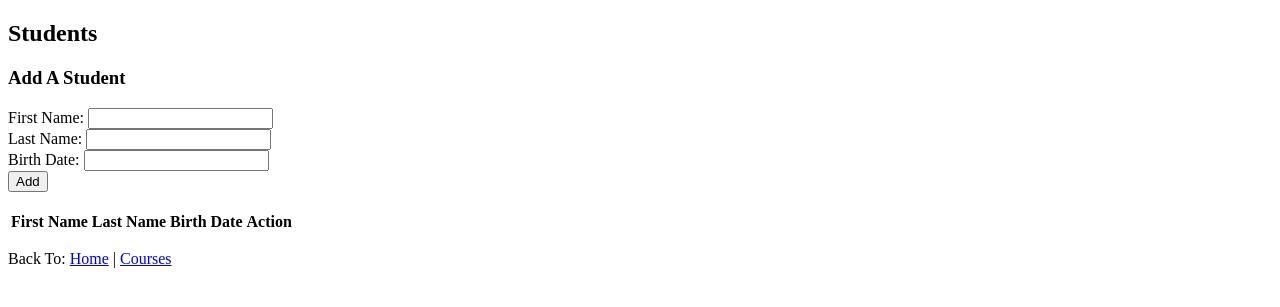
Repository: pjberry/course-tracking-initial
Page: http://localhost/course-tracking/studentList.jsp
An editor plug-in stored every save of this project. The page is shown before and after the next save, followed by the edit.
The browser window is 1280 px wide. The pictures show the whole page.
The page is served by Tomcat 9. Other server files are loaded and not shown. The template is opened directly, without the code that normally fills it, so the values that code supplies are empty.

Above is the page before, as saved 2014-09-09 05:08:14.

### course-tracking/WebContent/studentList.jsp
<%@ page language="java" pageEncoding="UTF-8" session="false"%>
<!DOCTYPE html>
<html>
<%@ taglib prefix="c" uri="http://java.sun.com/jsp/jstl/core"%>

<head>
<title>Students</title>
</head>
<body>
	<h2>Students</h2>

	<h3>Add A Student</h3>
	<form method="POST" action='StudentController' name="addCourse">
	First Name: <input type="text" name="firstName" /> <br/>
	Last Name: <input type="text" name="lastName" /> <br/>
	Birth Date: <input type="text" name="birthDate" /> <br/>
	<input type="hidden" name="action" value="create">
	<input type="submit" value="Add">
	</form>

	<br>

	<table>
		<thead>
			<tr>
				<th>First Name</th>
				<th>Last Name</th>
				<th>Birth Date</th>
				<th colspan=2>Action</th>
			</tr>
		</thead>
		<c:forEach items="${students}" var="student">
			<tr>
				<td> <c:out value="${student.firstName}" /> </td>
				<td> <c:out value="${student.lastName}" /> </td>
				<td> <c:out value="${student.birthDate}" /> </td>
				<td>
					<form method="POST" action='StudentController' name="updateStudent">
						<input type="hidden" name="action" value="forward" />
						<input type="hidden" name="dispatchTo" value="/updateStudent.jsp" />
						<input type="hidden" name="studentId" value="<c:out value="${student.id}"/>" />
						<input type="hidden" name="firstName" value="<c:out value="${student.firstName}"/>" />
						<input type="hidden" name="lastName" value="<c:out value="${student.lastName}"/>" />
						<input type="hidden" name="birthDate" value="<c:out value="${student.birthDate}"/>" />
						<input type="submit" value="Update">
					</form>
				</td>
                <td>
                	<form method="POST" action='StudentController' name="deleteStudent">
						<input type="hidden" name="action" value="delete" />
						<input type="hidden" name="studentId" value="<c:out value="${student.id}"/>" />
						<input type="submit" value="Delete">
					</form>
                </td>
			</tr>
		</c:forEach>
	</table>

	<p>Back To: <a href="/course-tracking">Home</a> | <a href="CourseController">Courses</a></p>
</body>

</html>

After the next save:
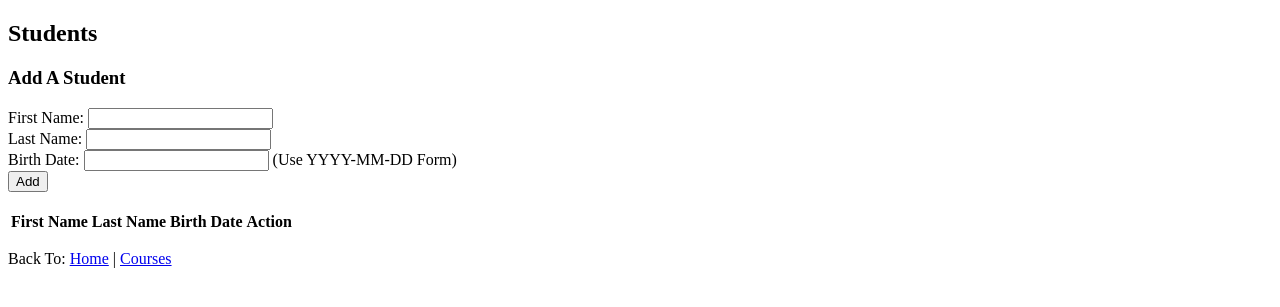
Saved 4 min 1 s later.
--- a/course-tracking/WebContent/studentList.jsp
+++ b/course-tracking/WebContent/studentList.jsp
@@ -13,7 +13,7 @@
 	<form method="POST" action='StudentController' name="addCourse">
 	First Name: <input type="text" name="firstName" /> <br/>
 	Last Name: <input type="text" name="lastName" /> <br/>
-	Birth Date: <input type="text" name="birthDate" /> <br/>
+	Birth Date: <input type="text" name="birthDate" /> (Use YYYY-MM-DD Form)<br/>
 	<input type="hidden" name="action" value="create">
 	<input type="submit" value="Add">
 	</form>
